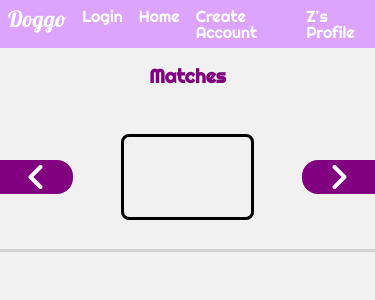
Repository: rh1456/capstone
Page: /1
An editor plug-in stored every save of this project. The page is shown before and after the next save, followed by the edit.
The browser window is 375 px wide. The pictures show the whole page.
Some web libraries are served in a nearby version. The project was rebuilt for these pictures with package versions that can differ from the ones it lists, and the page was loaded fresh each time. Also part of the build but not shown: src/pages/DoggoLandingPage.jsx, src/pages/CreateAccout.jsx, src/pages/DogProfile.jsx.

Above is the page before, as saved 2019-12-19 13:34:51.

After the next save:
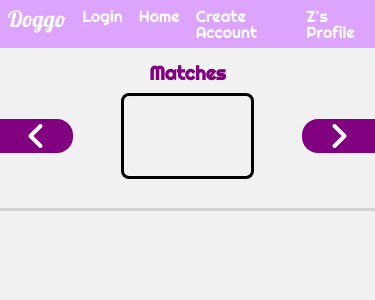
Saved 13 s later.
--- a/src/index.css
+++ b/src/index.css
@@ -188,7 +188,7 @@
     justify-content: center;
     font-size: 0.8rem;
     color: purple;
-    margin: 0.2rem;
+    height: 1rem;
   }
   .newsfeed-header {
     display: flex;
